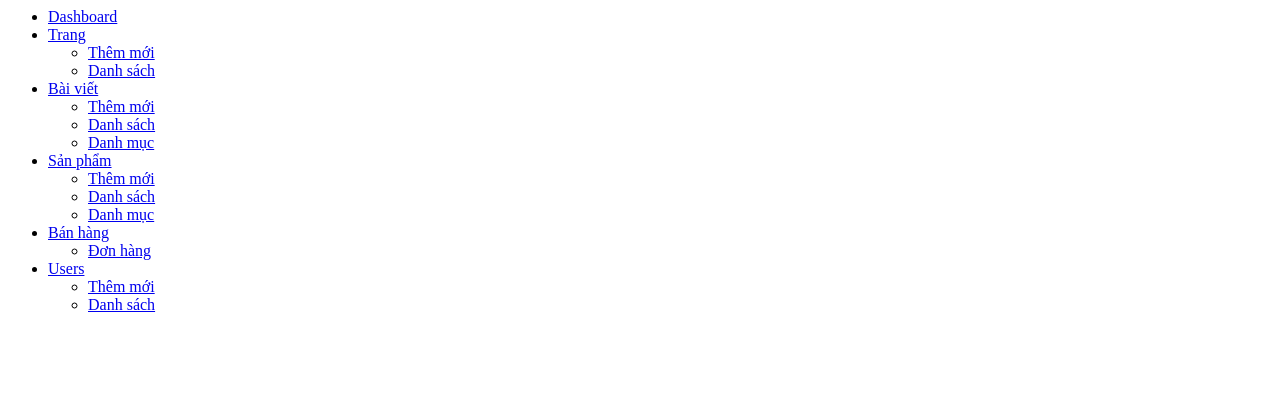
Repository: anhtu2110/23k.vn
Page: http://localhost/phpmailer/admin/layout/sidebar.php?mod=dashboard
The author's editor kept a copy of each file at every save. The page is drawn from the files as they stood at one save, then again after the next save.
The browser window is 1280 px wide. The pictures show the whole page.
The page is run by PHP 8.4 with error messages shown; the project is at /var/www/html/.

Above is the page before, as saved 2023-01-12 08:49:41.

After the next save:
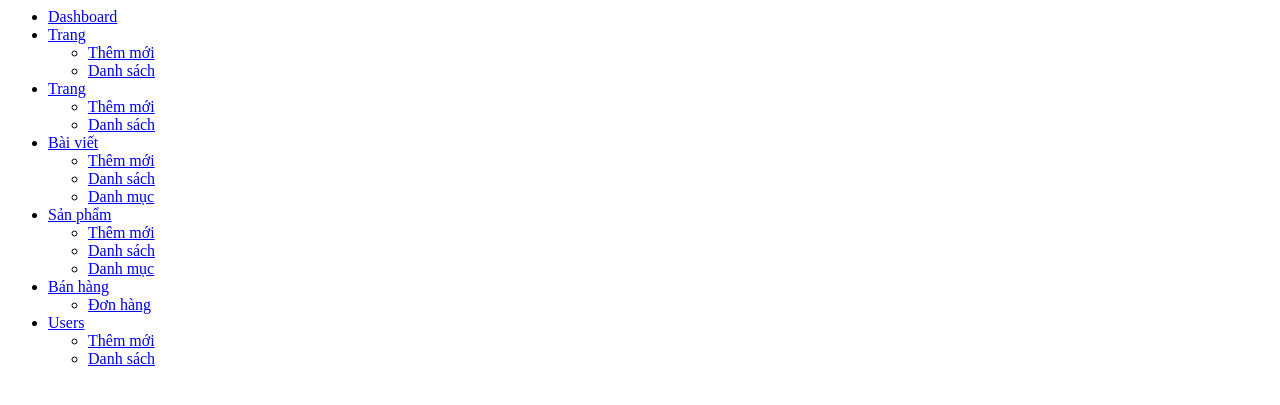
Saved 62 s later.
--- a/admin/layout/sidebar.php
+++ b/admin/layout/sidebar.php
@@ -9,6 +9,20 @@
                     Dashboard
                 </a>
                 <i class="arrow fas fa-angle-right"></i>
+            </li>
+            <li class="nav-link">
+                <a href="?mod=page&action=list_post">
+                    <div class="nav-link-icon d-inline-flex">
+                        <i class="far fa-folder"></i>
+                    </div>
+                    Trang
+                </a>
+                <i class="arrow fas fa-angle-right"></i>
+
+                <ul class="sub-menu">
+                    <li><a href="?mod=page&action=add_post">Thêm mới</a></li>
+                    <li><a href="?mod=page&action=list_post">Danh sách</a></li>
+                </ul>
             </li>
             <li class="nav-link">
                 <a href="?mod=page&action=list_post">
